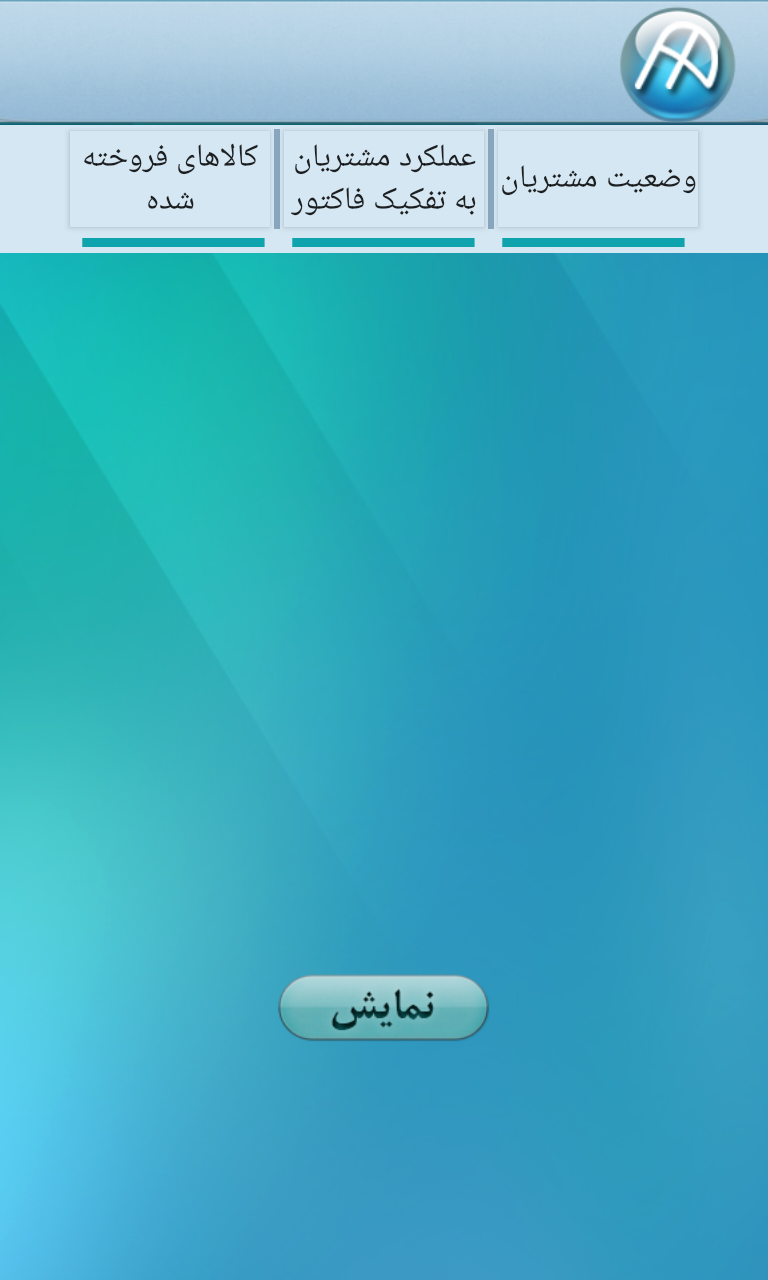
Repository: AtiehPardaz/Reports-Mobile
Layout: Reportsmobile/res/layout/activity_forosh.xml
The author's editor kept a copy of each file at every save. The layout is drawn from the files as they stood at one save, then again after the next save.
It is drawn on a 768 x 1280 px phone screen (xhdpi) without system bars, with theme AppTheme; the app's code is not run. Lists and similar views that code fills are empty.

Above is the layout before, as saved 2015-03-09 13:50:40.

After the next save:
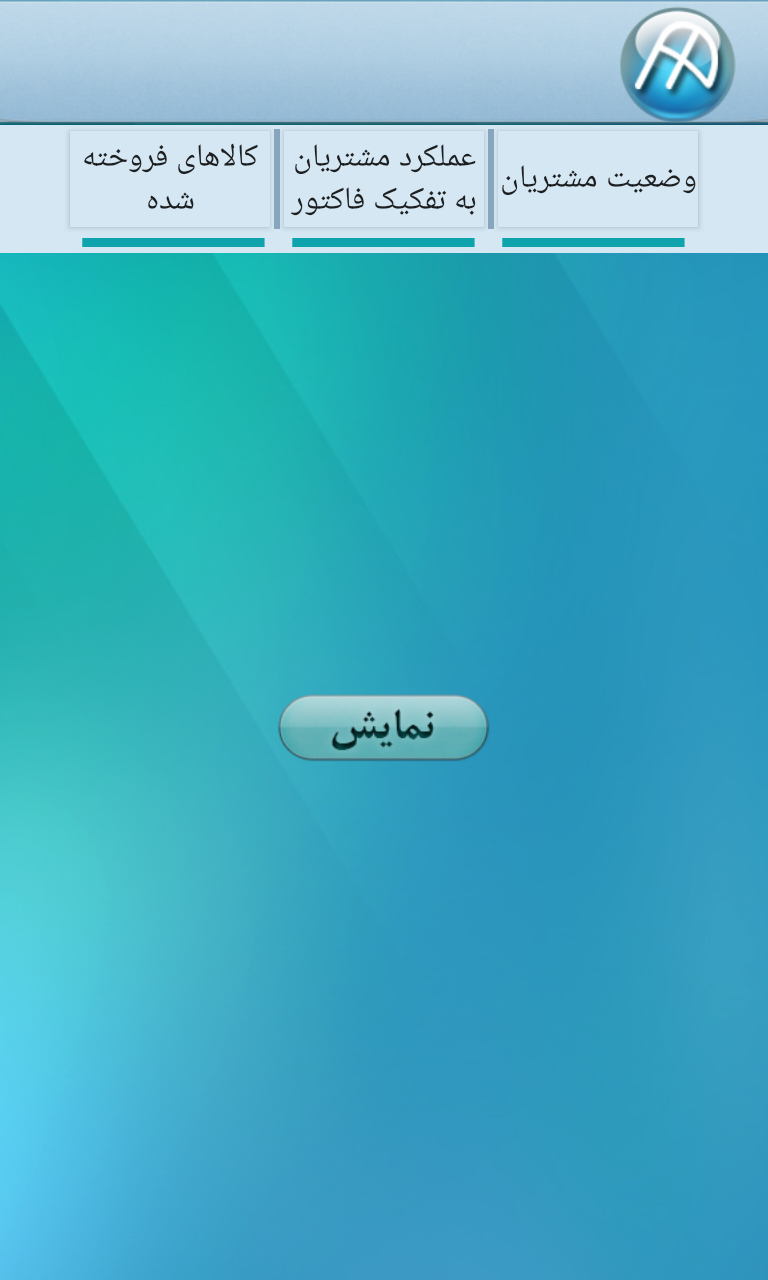
Saved 43 s later.
--- a/Reportsmobile/res/layout/activity_forosh.xml
+++ b/Reportsmobile/res/layout/activity_forosh.xml
@@ -104,7 +104,7 @@
         <android.support.v4.view.ViewPager
             android:id="@+id/pagerforosh"
             android:layout_width="match_parent"
-            android:layout_height="340dp" >
+            android:layout_height="200dp" >
         </android.support.v4.view.ViewPager>
 
         <ImageButton
